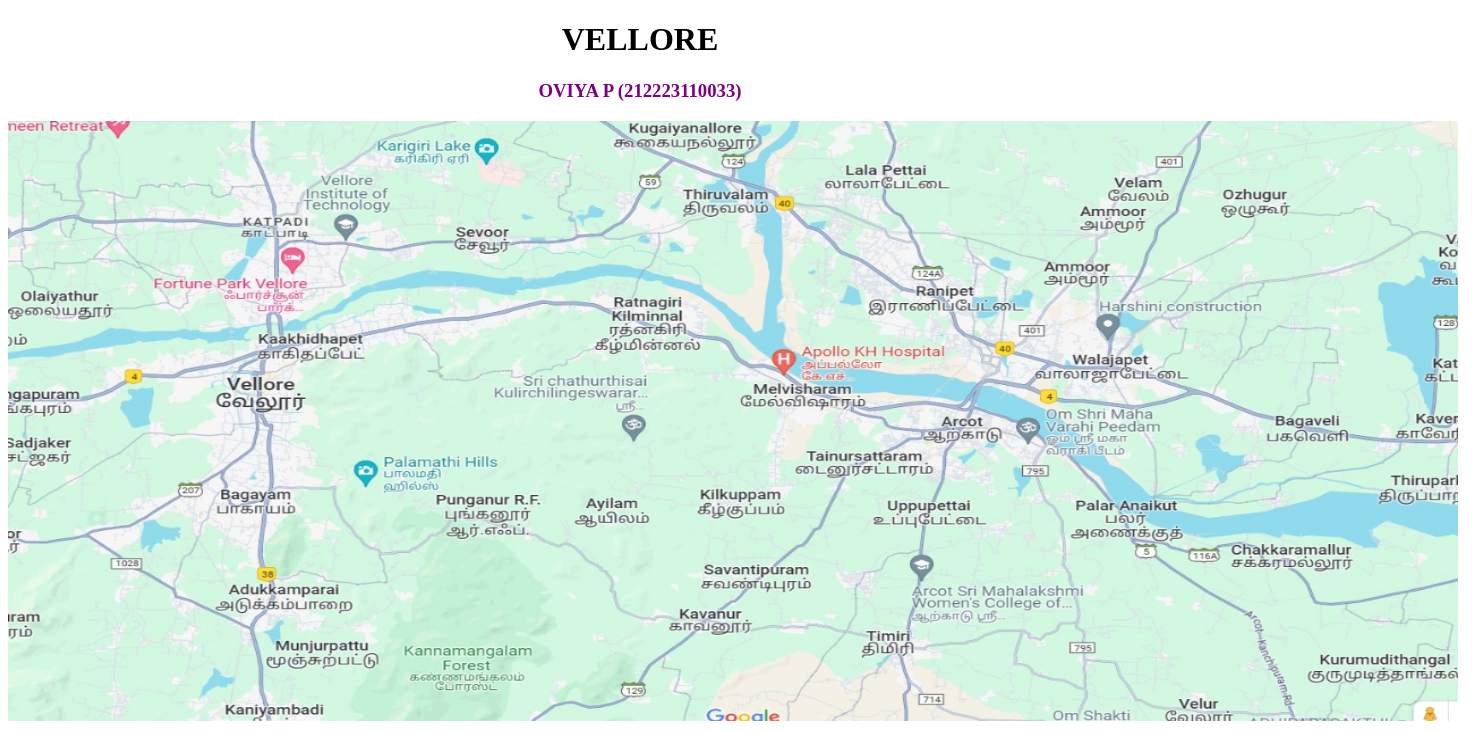
Repository: Oviya24032K6/NearMe
Page: ovi/surveyapp/static/map.html
The author's editor kept a copy of each file at every save. The page is drawn from the files as they stood at one save, then again after the next save.
The browser window is 1280 px wide. The page is 1458 px wide, then 1478 px, so the pictures cover 1478 px, including what lies to the right of the window. The pictures show the whole page.

Above is the page before, as saved 2024-03-25 22:19:21.

After the next save:
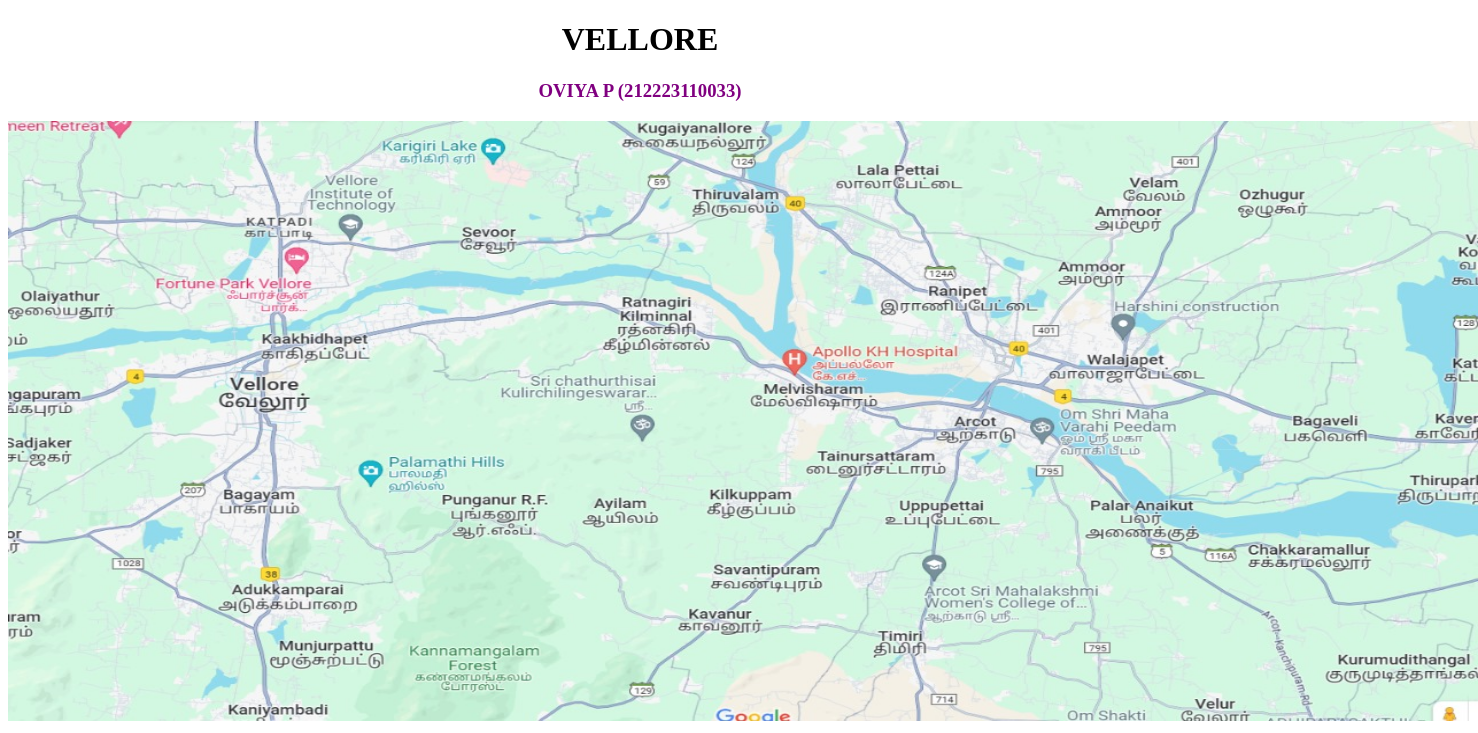
Saved 12 s later.
--- a/ovi/surveyapp/static/map.html
+++ b/ovi/surveyapp/static/map.html
@@ -12,7 +12,7 @@
         <font color="purple"><b> OVIYA P (212223110033)</b></font>
     </h3>
     <!-- Image Map Generated by c:\Users\poviy\Music\map1.jpg-->
-    <img src="destination.jpg"  height="600" width="1450" usemap="#image-map">
+    <img src="destination.jpg"  height="600" width="1470" usemap="#image-map">
     <map name="image-map">
         <area target="_blank" alt="VIT UNIVERSITY" title="VIT UNIVERSITY" href="VIT UNIVERSITY.html" coords="1204,937,950,805" shape="rect">
         <area target="_blank" alt="VELLORE FORT" title="VELLORE FORT" href="VELLORE FORT.html" coords="1637,383,1364,255" shape="rect">
